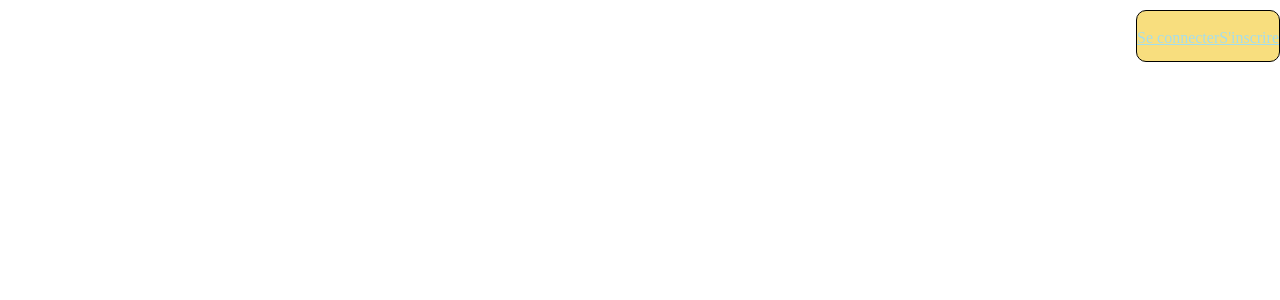
Repository: DylanORK/htdocs
Page: http://localhost/PannelInconnu.php
The author's editor kept a copy of each file at every save. The page is drawn from the files as they stood at one save, then again after the next save.
The browser window is 1280 px wide. The pictures show the whole page.
The page is run by PHP 8.4 with error messages shown; the project is at /var/www/html/.

Above is the page before, as saved 2015-06-02 10:28:37.

After the next save:
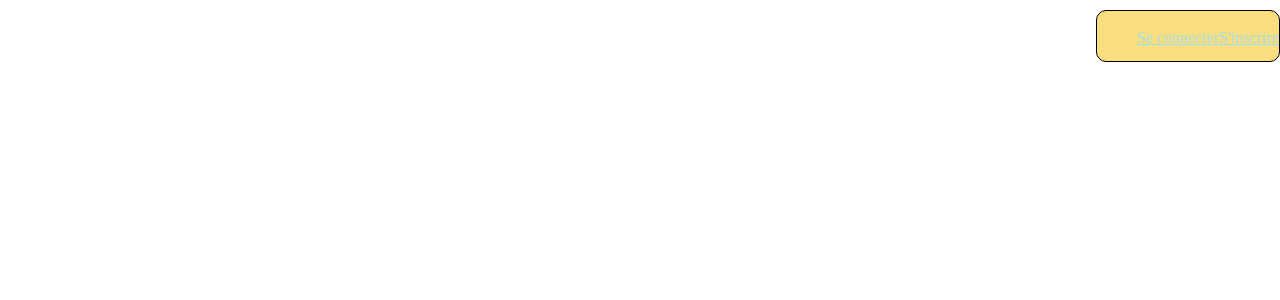
Saved 14 s later.
--- a/EclipsePHP/InterFaceWeb/Style/Style-Pannel.php
+++ b/EclipsePHP/InterFaceWeb/Style/Style-Pannel.php
@@ -1,6 +1,6 @@
 <style type="text/css">
 
-.PannelInconnu
+.PannelInconnu > ul
 {
 padding : 0px;
 }

After the save that followed:
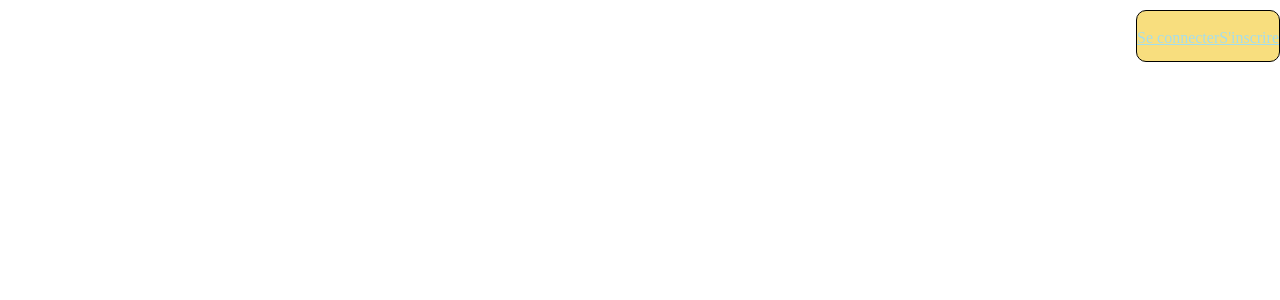
Saved 14 s later.
--- a/EclipsePHP/InterFaceWeb/Style/Style-Pannel.php
+++ b/EclipsePHP/InterFaceWeb/Style/Style-Pannel.php
@@ -1,6 +1,6 @@
 <style type="text/css">
 
-.PannelInconnu > ul
+ul.PannelInconnu
 {
 padding : 0px;
 }
